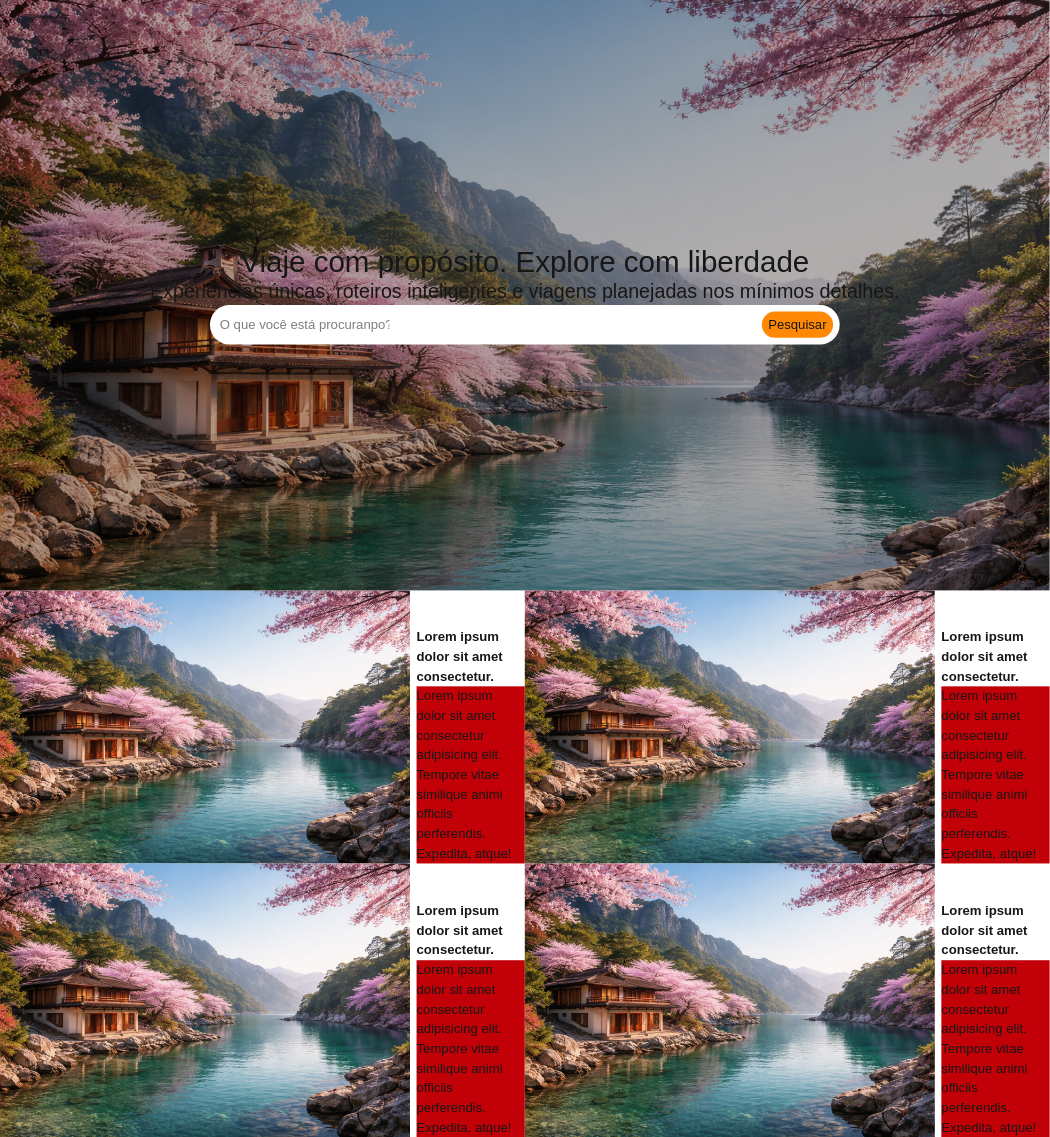
Repository: pedroantoniosi/tripicon-site
Page: /home
These files come from the project's save history. The page is drawn as it stood at one moment and after the next save; the edit follows.
The browser window is 1280 px wide. The pictures show the whole page, at 82% of full size.
The project was rebuilt for these pictures with package versions that can differ from the ones it lists, and the page was loaded fresh each time. The framework's server and built-in components were replaced by stand-ins that run in the browser. Also part of the build but not shown: next.config.ts.

Above is the page before, as saved 2026-04-01 16:01:01.

After the next save:
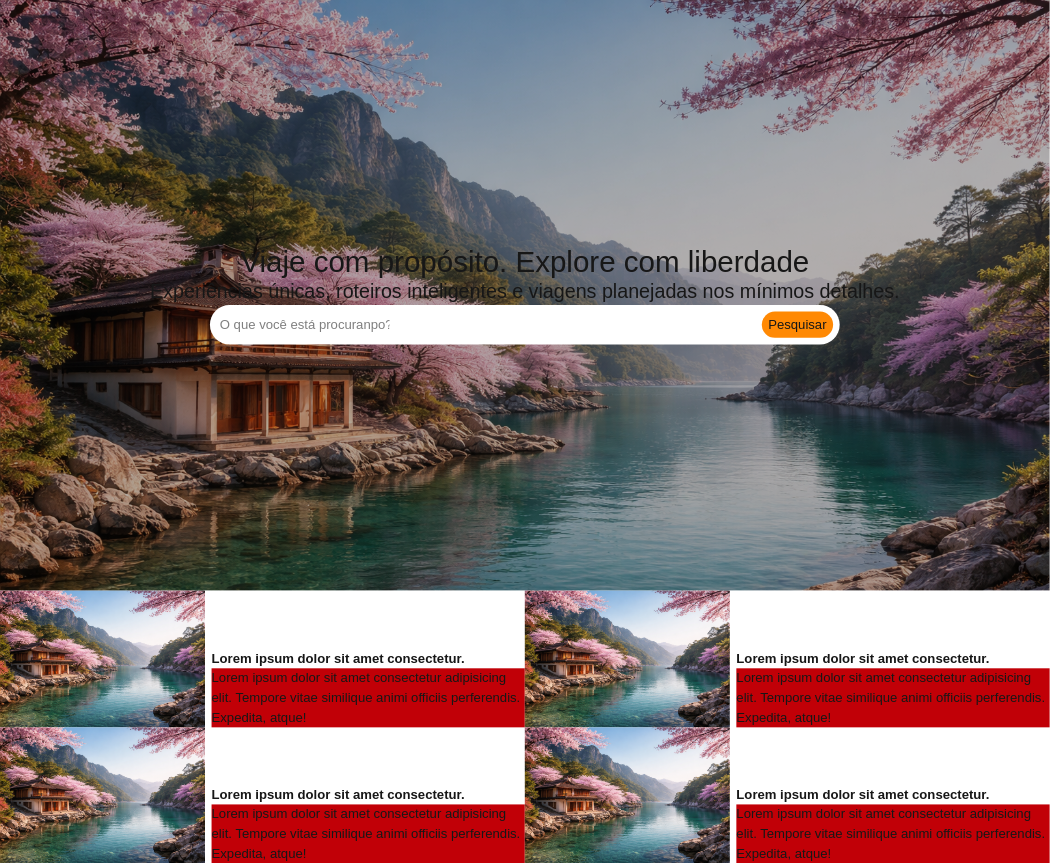
Saved 17 s later.
--- a/src/app/home/page.tsx
+++ b/src/app/home/page.tsx
@@ -22,7 +22,7 @@ export default function Home() {
         {Array.from({ length: 4 }).map((_, index) => (
           <div key={index} className="flex gap-2">
             <Image
-              className=""
+              className="max-w-[250px]"
               src="/images/banner.png"
               alt="Banner"
               width={500}
